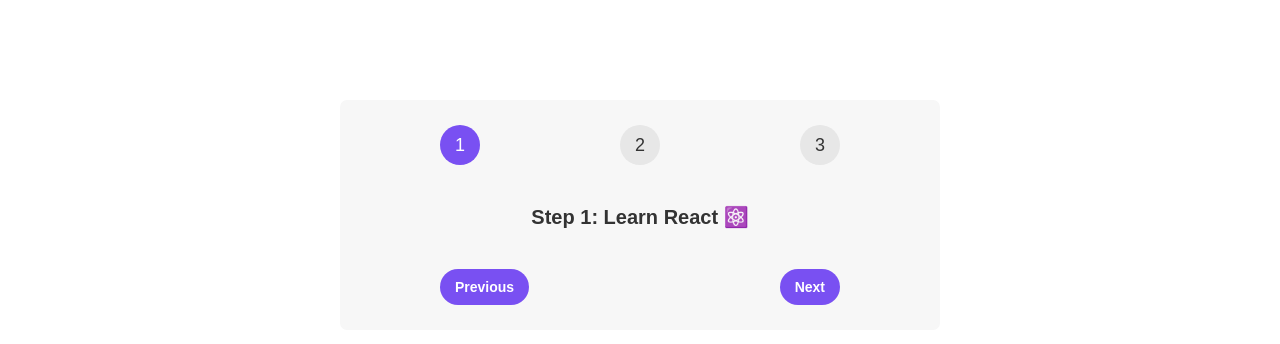
Repository: ahmedharidy/State-React-Practice
Page: /
These files come from the project's save history. The page is drawn as it stood at one moment and after a run of saves; the edit follows.
The browser window is 1280 px wide. The pictures show the whole page.
The project was rebuilt for these pictures with package versions that can differ from the ones it lists, and the page was loaded fresh each time.

Above is the page before, as saved 2026-09-25 11:13:28.

### src/App.js
const messages = [
  "Learn React ⚛️",
  "Apply for jobs 💼",
  "Invest your new income 🤑",
];
export default function App() {
  const step = 1;

  return (
    <div className="steps">
      <div className="numbers">
        <div className="active">1</div>
        <div>2</div>
        <div>3</div>
      </div>

      <p className="message">
        Step {step}: {messages[step - 1]}
      </p>

      <div className="buttons">
        <button style={{ backgroundColor: "#7950f2", color: "#fff" }}>
          Previous
        </button>
        <button style={{ backgroundColor: "#7950f2", color: "#fff" }}>
          Next
        </button>
      </div>
    </div>
  );
}

Loaded but not shown: public/index.html (common file); src/index.js (common file); src/index.css (common file)

After the next 2 saves:
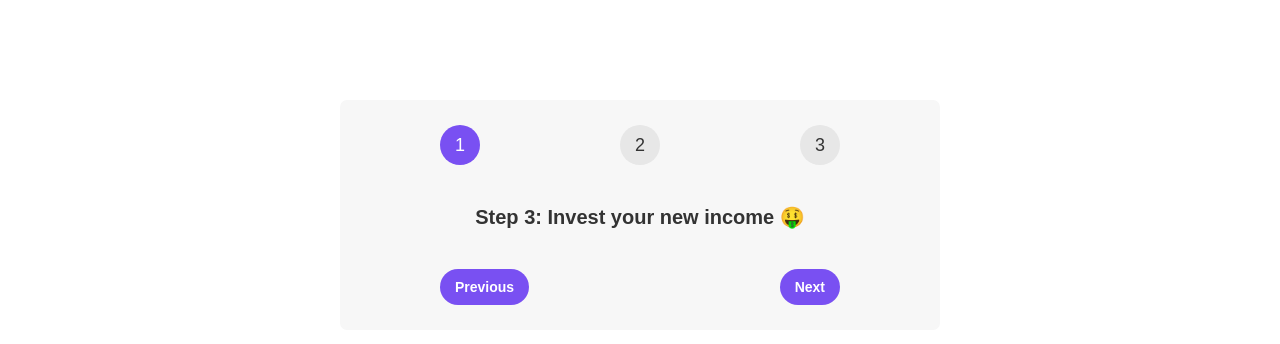
The 2 saves are shown as one change because they came seconds apart.
The last was saved 46 s later.
--- a/src/App.js
+++ b/src/App.js
@@ -4,7 +4,7 @@ const messages = [
   "Invest your new income 🤑",
 ];
 export default function App() {
-  const step = 1;
+  const step = 3;
 
   return (
     <div className="steps">
